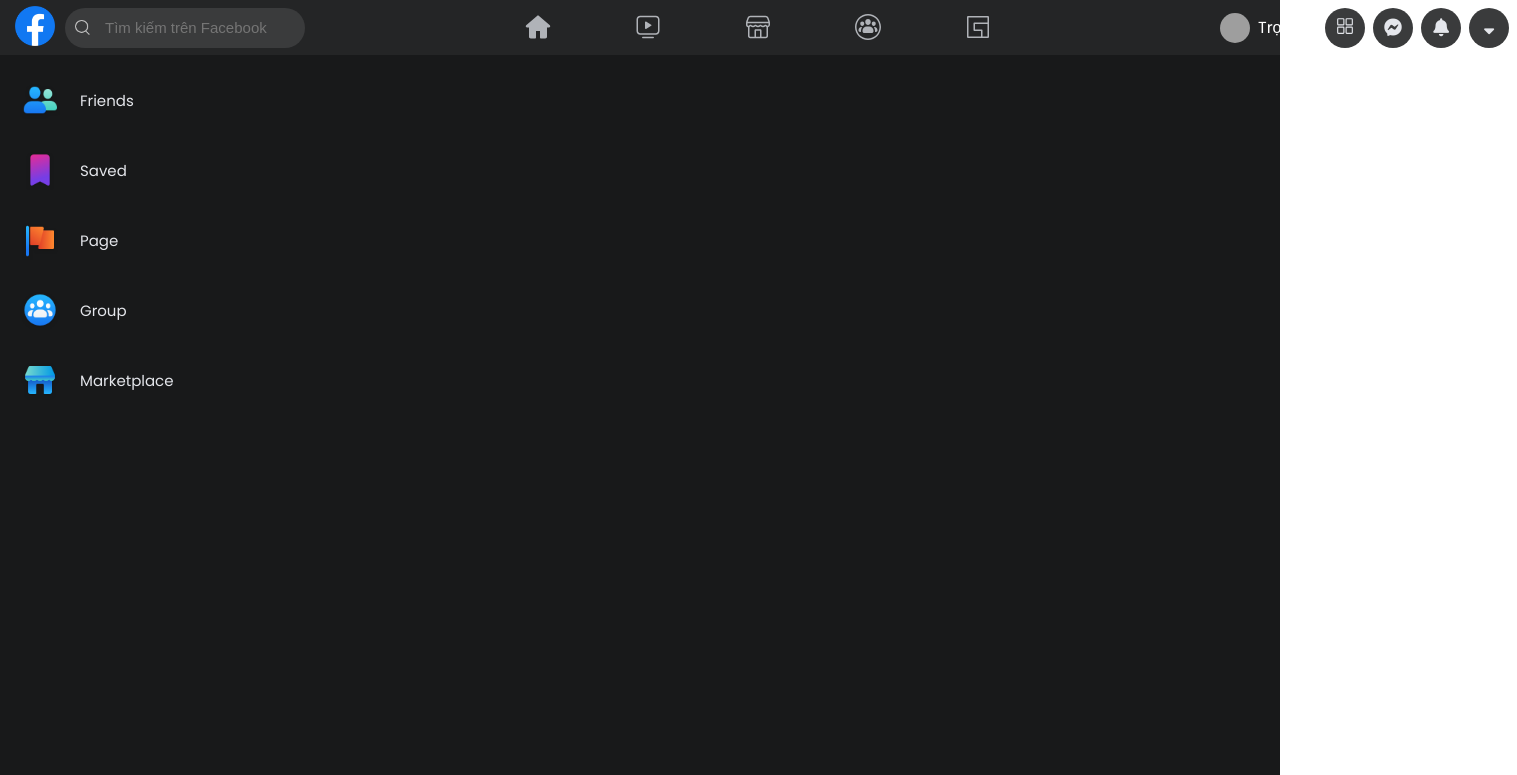
Repository: vanntrong/facebook-clone
Page: index.html
The author's editor kept a copy of each file at every save. The page is drawn from the files as they stood at one save, then again after the next save.
The browser window is 1280 px wide. The page is 1517 px wide, so the pictures cover 1517 px, including what lies to the right of the window. The pictures show the whole page.
Pictures or frames that could not be fetched are drawn as grey boxes.

Above is the page before, as saved 2021-09-08 18:33:40.

After the next save:
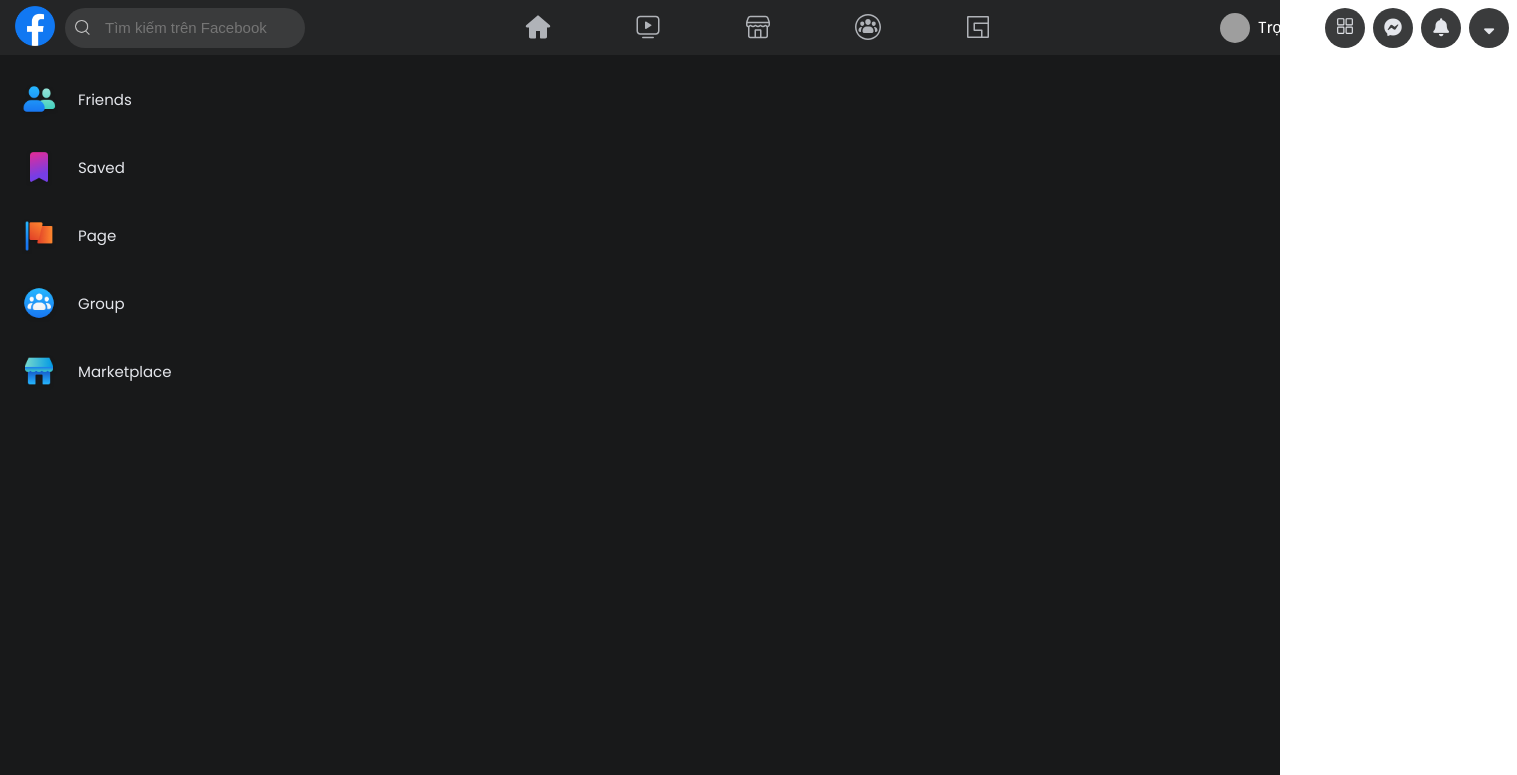
Saved 29 s later.
--- a/assets/css/style.css
+++ b/assets/css/style.css
@@ -185,8 +185,8 @@
 }
 
 .imp-links a img {
-  width: 40px;
-  height: 40px;
+  width: 38px;
+  height: 38px;
   margin: 0 20px;
 }
 
